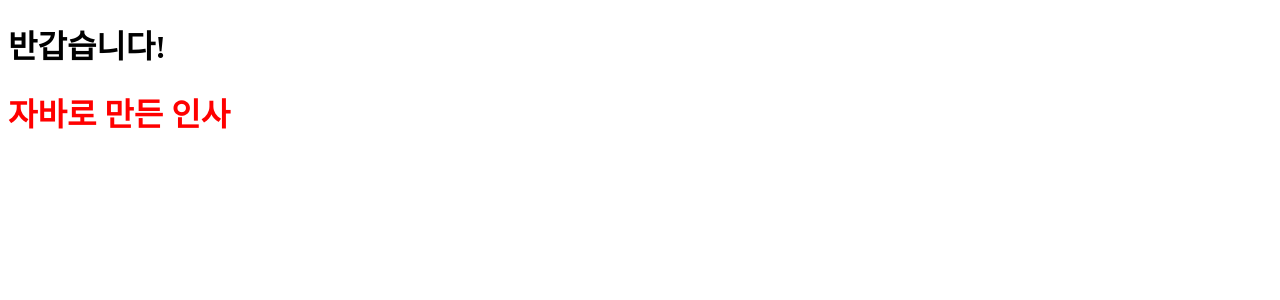
Repository: MySunTY/JSP
Page: http://localhost/JSP01/
These files come from the project's save history. The page is drawn as it stood at one moment and after the next save; the edit follows.
The browser window is 1280 px wide. The pictures show the whole page.
The page is served by Tomcat 9.

Above is the page before, as saved 2024-05-09 05:29:26.

After the next save:
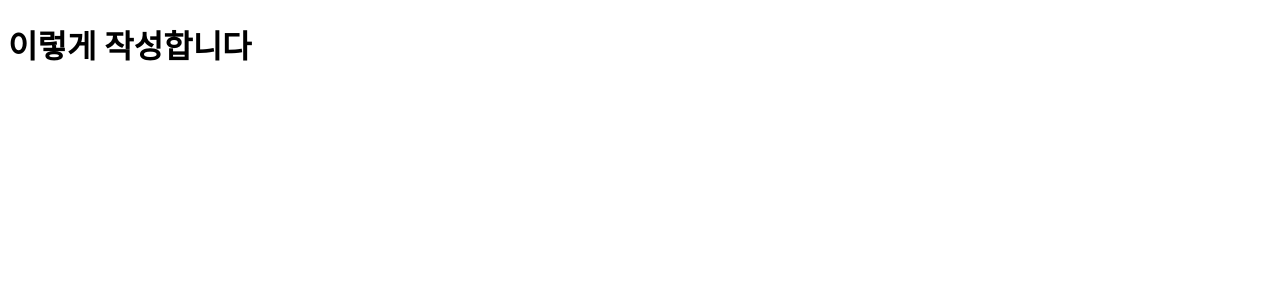
Saved 31 min 32 s later.
--- a/JSP01/src/main/webapp/index.jsp
+++ b/JSP01/src/main/webapp/index.jsp
@@ -1,14 +1,29 @@
 <%@ page language="java" contentType="text/html; charset=UTF-8"
     pageEncoding="UTF-8"%>
 <!DOCTYPE html>
-<html>
-	<head>
-		<meta charset="UTF-8">
-		<title>첫번째 JSP</title>
-	</head>
-	<body>
-		<h1>반갑습니다!</h1>
-		<% String str = "자바로 만든 인사"; %>
-		<h1 style="color:red"><% out.print(str); %></h1>
-	</body>
-</html>
+<%
+	out.print("<html>");
+	out.print("<head>");
+	out.print("<meta charset='utf-8'>");
+	out.print("<title>원래는 이런모양</title>");
+
+	out.print("</head>");
+	out.print("<body>");
+	out.print("<h1>이렇게 작성합니다</h1>");
+
+
+	out.print("</body>");
+
+
+
+
+	out.print("</html>");
+
+
+
+
+
+
+
+
+%>
